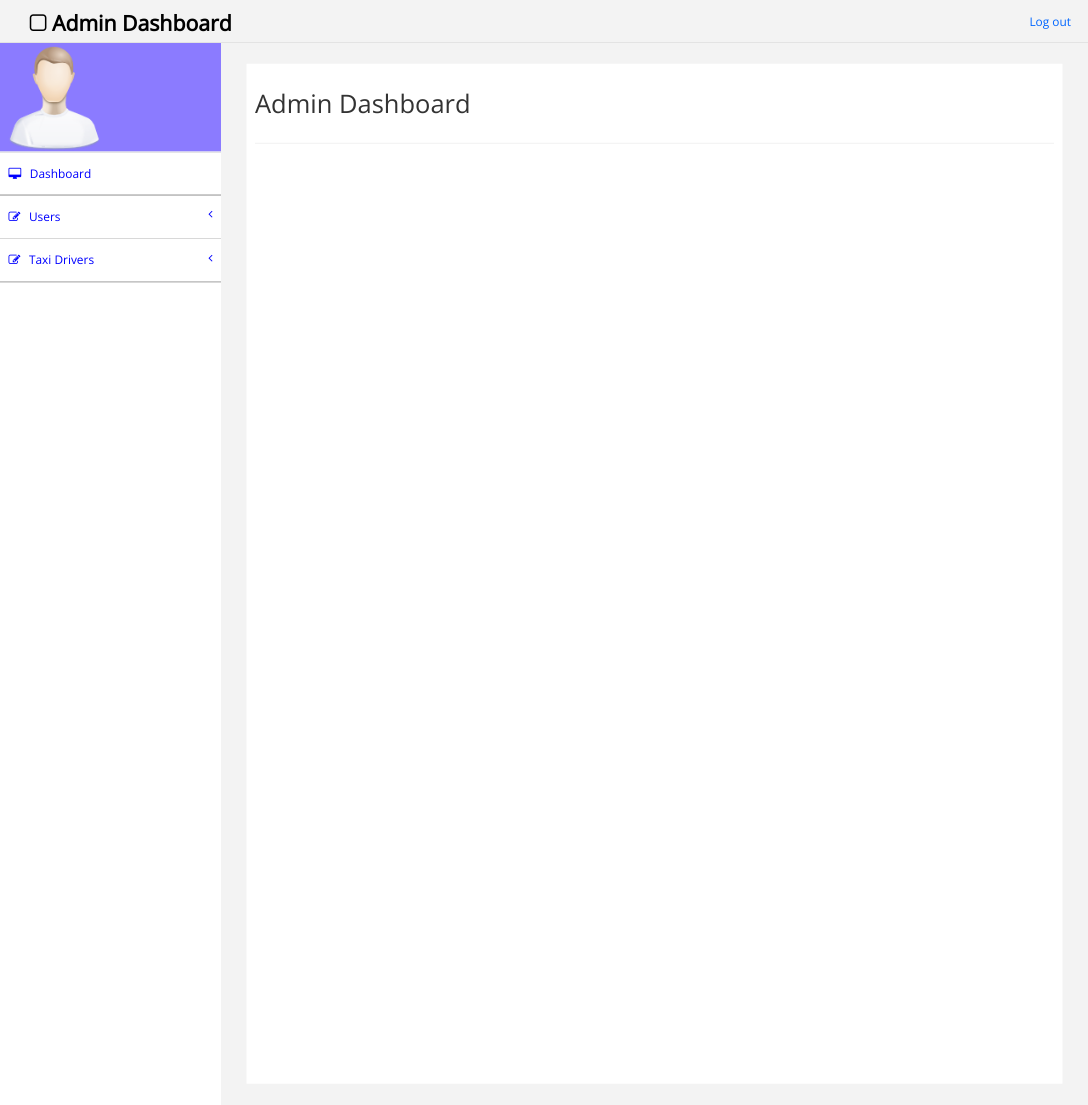
Repository: ash-the-reaper/TaxiRoot
Page: UI/WebContent/index.html
The author's editor kept a copy of each file at every save. The page is drawn from the files as they stood at one save, then again after the next save.
The browser window is 1280 px wide. The pictures show the whole page, at 85% of full size.

Above is the page before, as saved 2017-05-20 08:27:23.
Console error (its wording comes from the project's code and is left out).

### UI/WebContent/index.html
<!DOCTYPE html>
<html xmlns="http://www.w3.org/1999/xhtml">
<head>
    <meta charset="utf-8" />
    <meta name="viewport" content="width=device-width, initial-scale=1.0" />
    <title>Taxi admin Page</title>
    <!-- BOOTSTRAP STYLES-->
    <link href="assets/css/bootstrap.css" rel="stylesheet" />
    <!-- FONTAWESOME STYLES-->
    <link href="assets/css/font-awesome.css" rel="stylesheet" />
    <!-- CUSTOM STYLES-->
    <link href="assets/css/custom.css" rel="stylesheet" />
    <!-- GOOGLE FONTS-->
    <link href='http://fonts.googleapis.com/css?family=Open+Sans' rel='stylesheet' type='text/css' />
</head>

<body ng-app="ngApp" ng-controller="ngCtrl">
    <div id="wrapper">
        <div class="navbar navbar-inverse navbar-fixed-top">
            <div class="adjust-nav">
                <div class="navbar-header">
                    <button type="button" class="navbar-toggle" data-toggle="collapse" data-target=".sidebar-collapse">
                        <span class="icon-bar"></span>
                        <span class="icon-bar"></span>
                        <span class="icon-bar"></span>
                    </button>
                    <a class="navbar-brand" href="#"><i class="fa fa-square-o "></i>&nbsp;Admin Dashboard</a>
                </div>
                <div class="navbar-collapse collapse">
                    <ul class="nav navbar-nav navbar-right">
                        <li><a href="#">Log out</a></li>
                    </ul>
                </div>

            </div>
        </div>
        <!-- /. NAV TOP  -->
        <nav class="navbar-default navbar-side" role="navigation">
            <div class="sidebar-collapse">
                <ul class="nav" id="main-menu">
                    <li class="text-center user-image-back">
                        <img src="assets/img/find_user.png" class="img-responsive" />

                    </li>


                    <li>
                        <a href="index.html"><i class="fa fa-desktop "></i>Dashboard</a>
                    </li>
                    <li>
                        <a href="#"><i class="fa fa-edit "></i>Users<span class="fa arrow"></span></a>
                        <ul class="nav nav-second-level">
                            <li>
                                <a href="#">All</a>
                            </li>
                            <li>
                                <a href="#">Active</a>
                            </li>
                            <li>
                                <a href="#">Blocked</a>
                            </li>
                        </ul>
                    </li>

					<li>
                        <a href="#"><i class="fa fa-edit "></i>Taxi Drivers<span class="fa arrow"></span></a>
                        <ul class="nav nav-second-level">
                            <li>
                                <a href="#" ng-click="showDiv=true">All</a>
                            </li>
                            <li>
                                <a href="#">Active</a>
                            </li>
                            <li>
                                <a href="#">Blocked</a>
                            </li>
                        </ul>
                    </li>


        </nav>
        <!-- /. NAV SIDE  -->
        <div id="page-wrapper">
            <div id="page-inner">
                <div class="row">
                    <div class="col-md-12">
                        <h2>Admin Dashboard</h2>
                    </div>
                </div>

                <hr />

                <div id="container">

                	<div ng-include="showDiv ? 'blank.html': ''">

                </div>

            </div>
            <!-- /. PAGE INNER  -->
        </div>
        <!-- /. PAGE WRAPPER  -->
    </div>
    <!-- /. WRAPPER  -->
    <!-- SCRIPTS -AT THE BOTOM TO REDUCE THE LOAD TIME-->
    <!-- JQUERY SCRIPTS -->
    <script src="assets/js/jquery-1.10.2.js"></script>
    <!-- BOOTSTRAP SCRIPTS -->
    <script src="assets/js/bootstrap.min.js"></script>
    <!-- METISMENU SCRIPTS -->
    <script src="assets/js/jquery.metisMenu.js"></script>
    <!-- CUSTOM SCRIPTS -->
    <script src="assets/js/custom.js"></script>


    <script src="js/angular.min.js"></script>
	<script src="js/jquery-3.1.1.min.js"></script>
	<script id="script" src="js/main.js"></script>
	<script id="script" src="js/client.js"></script>


</body>
</html>

### UI/WebContent/assets/css/custom.css

/*=============================================================
    Authour URI: www.binarycart.com
    License: Commons Attribution 3.0

    http://creativecommons.org/licenses/by/3.0/

    100% To use For Personal And Commercial Use.
    IN EXCHANGE JUST GIVE US CREDITS AND TELL YOUR FRIENDS ABOUT US

    ========================================================  */
/*==============================================
    GENERAL  STYLES
    =============================================*/
body {
    font-family: 'Open Sans', sans-serif;
}

 #wrapper {
    width: 100%;
    margin-top:50px;
}

#page-wrapper {
    padding: 15px 15px;
    min-height: 600px;
    background:#F3F3F3;

}
#page-inner {
    width:100%;
    margin:10px 20px 10px 0px;
    background-color:#fff!important;
    padding:10px;
    min-height:1200px;
}

.text-center {
    text-align:center;
}
.user-image-back {
    background-color:#8B7BFF;
}
h5,.h5 {
    font-size: 14px;
font-weight: 900;
text-transform: uppercase;
padding-bottom:20px;
}
/*==============================================
    MENU STYLES
    =============================================*/


.navbar-inverse .navbar-nav > li > a {
color: #06F;
}
.navbar-inverse .navbar-nav > li > a:hover,.navbar-inverse .navbar-nav > li > a:focus {
color: #06F;
}
.arrow {
    float: right;
}

.fa.arrow:before {
    content: "\f104";
}

.active > a > .fa.arrow:before {
    content: "\f107";
}


.nav-second-level li,
.nav-third-level li {
    border-bottom: none !important;
}

.nav-second-level li a {
    padding-left: 37px;
}

.nav-third-level li a {
    padding-left: 55px;
}
.sidebar-collapse , .sidebar-collapse .nav{
	background:none;
}
.sidebar-collapse .nav {
	padding:0;
}
.sidebar-collapse .nav > li > a {
background: #FFFFFF;
text-shadow: none;
color:#0000FF;
}
.sidebar-collapse > .nav > li > a {
	padding:15px 10px;
}
.sidebar-collapse > .nav > li {
	border-bottom: 1px solid rgba(240, 240, 240, 1) !important;
}
.sidebar-collapse .nav > li > a:hover,
.sidebar-collapse .nav > li > a:focus {

	background:#F3F3F3;
	outline:0;
}
.nav-second-level  > li:last-child > a:after,
.nav-third-level  > li:last-child > a:after {
	height:50%;
}
.nav-third-level > li > a:after,
.nav-third-level > li > a:before  {
	left:40px;
}
.navbar-side {
	border:none;
	background-color: #202020;

}
.navbar-inverse {
background-color: #f3f3f3;
border-color: #D3D3D3;

}

.navbar-default {
border:0px solid #DDDDDD;

}
.navbar-default .navbar-toggle:hover, .navbar-default .navbar-toggle:focus {
background-color: #B40101;
}
.navbar-default .navbar-toggle {
border-color: #fff;
}

.navbar-default .navbar-toggle .icon-bar {
background-color: #FFF;
}
.nav > li > a > i {
    margin-right:10px;
}
.navbar-inverse .navbar-brand  {
color: #000000;
font-size: 25px;
font-weight: 900;
}
.navbar-inverse .navbar-brand:hover,.navbar-inverse .navbar-brand:focus {
    color: #000000;
font-size: 25px;
font-weight: 900;
}
.navbar-inverse .navbar-toggle {
border-color: #8B7BFF;
}

.navbar-inverse .navbar-toggle:hover, .navbar-inverse .navbar-toggle:focus {
background-color: #8B7BFF;
}
.adjust-nav {
    padding-left:20px;padding-right:20px;
}
.navbar-toggle {
    background-color: #8B7BFF;
}

/*==============================================
    DASHBOARD STYLES
    =============================================*/

.bg-color-blue {
background-color: #9A86EB;
color: #fff;
}

.no-boder {
border: 1px solid #f3f3f3;
}
.back-footer-blue {
background-color: #7479E6;
border-top: 0px solid #fff;
}

/*==============================================
    BOOTSTRAP STYLE CHANGES
    =============================================*/
.nav-tabs > li > a {
     -webkit-border-radius: 0px 0px 0px 0px;
-moz-border-radius: 0px 0px 0px 0px;
border-radius: 0px 0px 0px 0px;
}

.panel-group .panel {
border-radius: 0px;
  -webkit-border-radius:  0px;
-moz-border-radius: 0px;
}
.panel {
    border-radius: 0px;
  -webkit-border-radius:  0px;
-moz-border-radius: 0px;
}
.panel-heading {
 border-top-left-radius: 0px;
 border-top-right-radius: 0px;
}
.btn {
     border-radius: 0px;
  -webkit-border-radius:  0px;
-moz-border-radius: 0px;
}
.progress {
     border-radius: 0px;
  -webkit-border-radius:  0px;
-moz-border-radius: 0px;
}
/*==============================================
    MEDIA QUERIES
    =============================================*/

 @media(min-width:768px) {
     #page-wrapper{
               margin: 0 0 0 260px;
        padding: 15px 30px;
        min-height: 1200px;

    }


    .navbar-side {
        z-index: 1;
        position: absolute;
        width: 260px;
    }

   .navbar {
 border-radius: 0px;
}

}

### UI/WebContent/assets/js/custom.js



/*=============================================================
    Authour URI: www.binarytheme.com
    License: Commons Attribution 3.0

    http://creativecommons.org/licenses/by/3.0/

    100% To use For Personal And Commercial Use.
    IN EXCHANGE JUST GIVE US CREDITS AND TELL YOUR FRIENDS ABOUT US

    ========================================================  */


(function ($) {
    "use strict";
    var mainApp = {

        main_fun: function () {
            /*====================================
            METIS MENU
            ======================================*/
            $('#main-menu').metisMenu();

            /*====================================
              LOAD APPROPRIATE MENU BAR
           ======================================*/
            $(window).bind("load resize", function () {
                if ($(this).width() < 768) {
                    $('div.sidebar-collapse').addClass('collapse')
                } else {
                    $('div.sidebar-collapse').removeClass('collapse')
                }
            });



        },

        initialization: function () {
            mainApp.main_fun();

        }

    }
    // Initializing ///

    $(document).ready(function () {
        mainApp.main_fun();
    });

}(jQuery));

Loaded but not shown: UI/WebContent/assets/css/bootstrap.css (library); UI/WebContent/assets/css/font-awesome.css (library); UI/WebContent/assets/js/jquery-1.10.2.js (library); UI/WebContent/assets/js/bootstrap.min.js (library); UI/WebContent/assets/js/jquery.metisMenu.js (common file); UI/WebContent/js/angular.min.js (library); UI/WebContent/js/jquery-3.1.1.min.js (library); UI/WebContent/js/client.js (no copy from this time; the picture is the same without it); UI/WebContent/js/main.js (no copy from this time; the picture is the same without it)

After the next save:
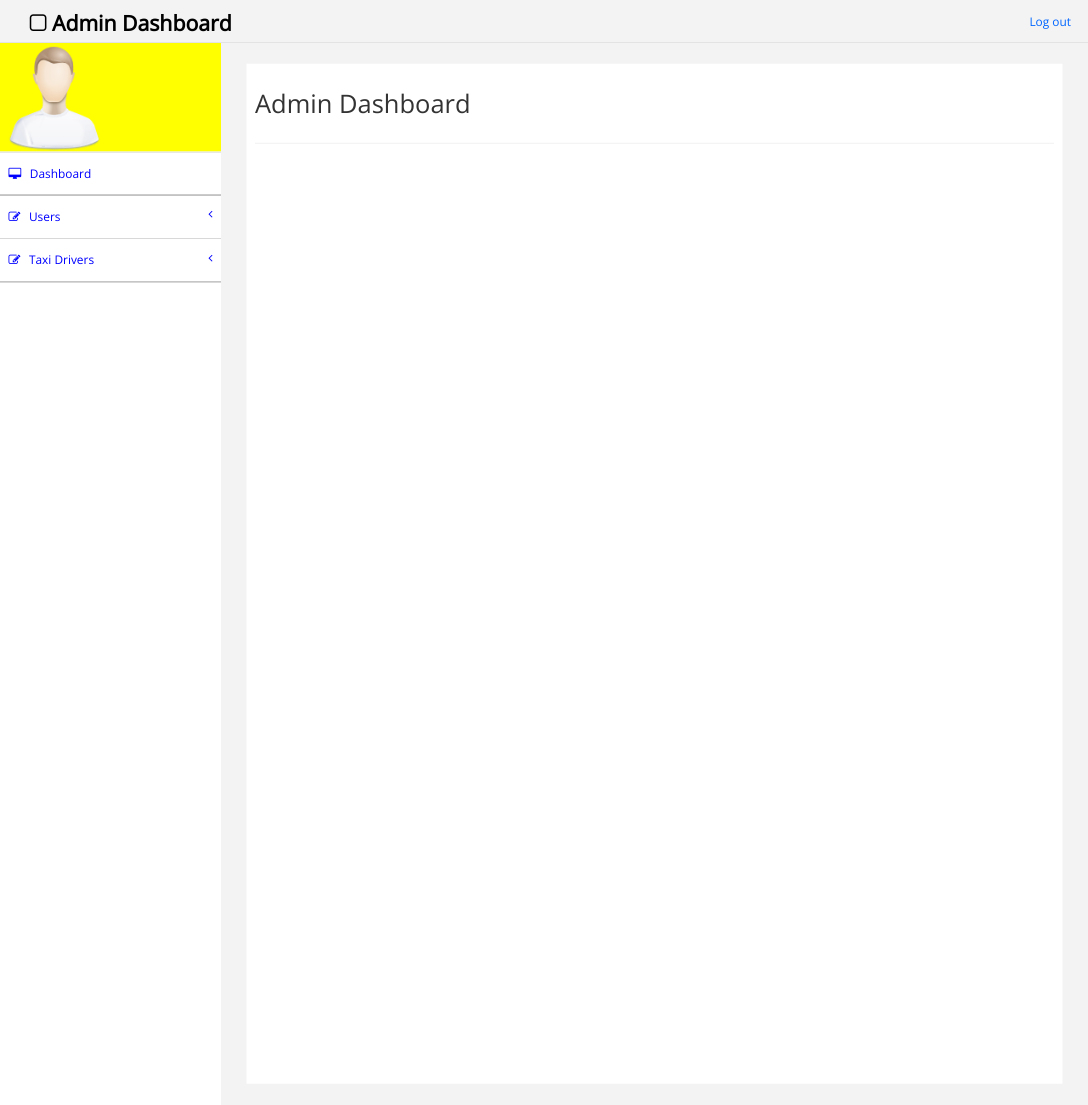
Saved 73 s later.
--- a/UI/WebContent/assets/css/custom.css
+++ b/UI/WebContent/assets/css/custom.css
@@ -39,7 +39,8 @@ body {
     text-align:center;
 }
 .user-image-back {
-    background-color:#8B7BFF;
+    /* background-color:#8B7BFF; */
+    background-color:yellow;
 }
 h5,.h5 {
     font-size: 14px;
